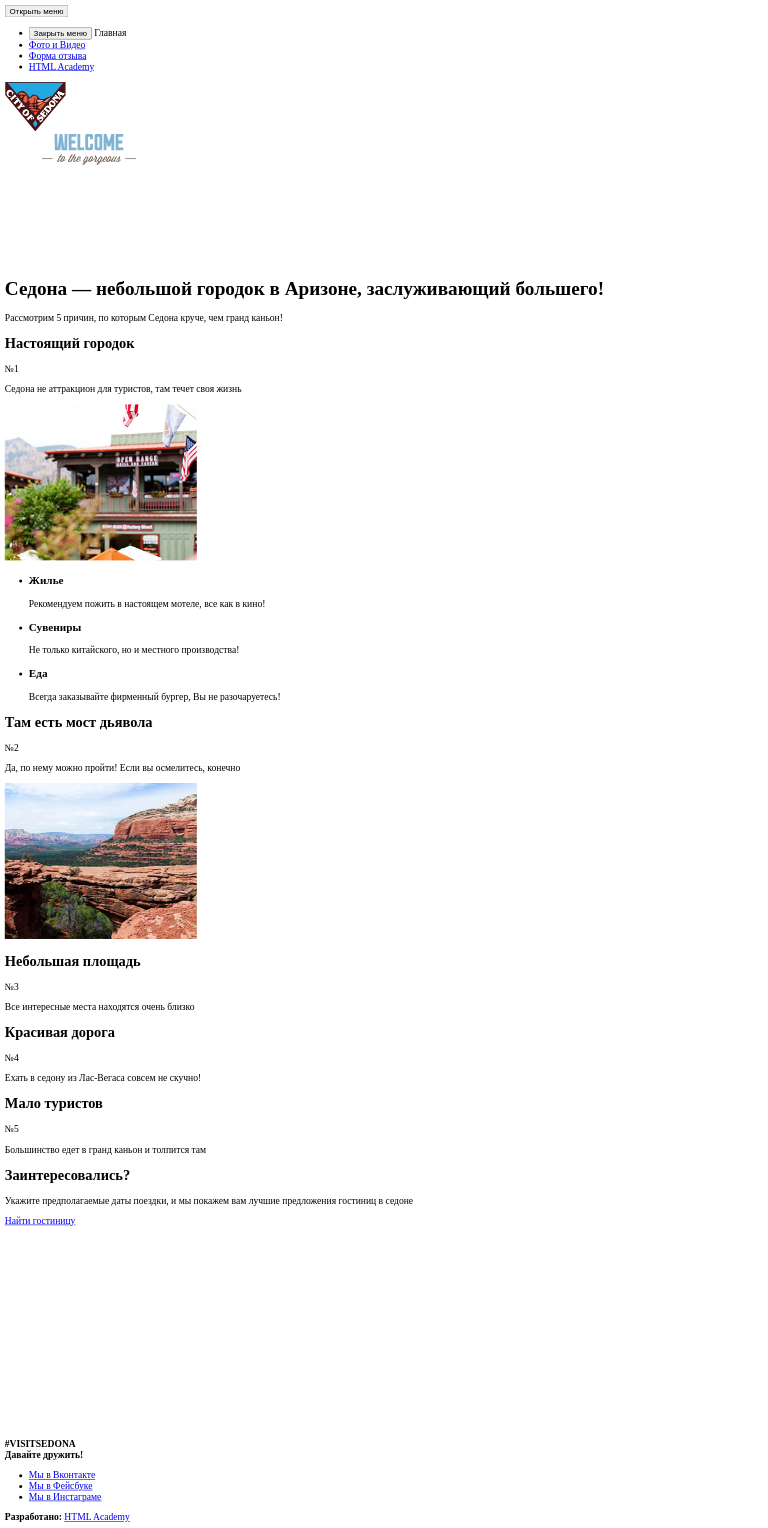
Repository: igorkrs/1076625-sedona-17
Page: source/index.html
These files come from the project's save history. The page is drawn as it stood at one moment and after the next save; the edit follows.
The browser window is 1280 px wide. The pictures show the whole page, at 60% of full size.
Pictures or frames that could not be fetched are drawn as grey boxes.

Above is the page before, as saved 2019-07-29 19:03:11.

After the next save:
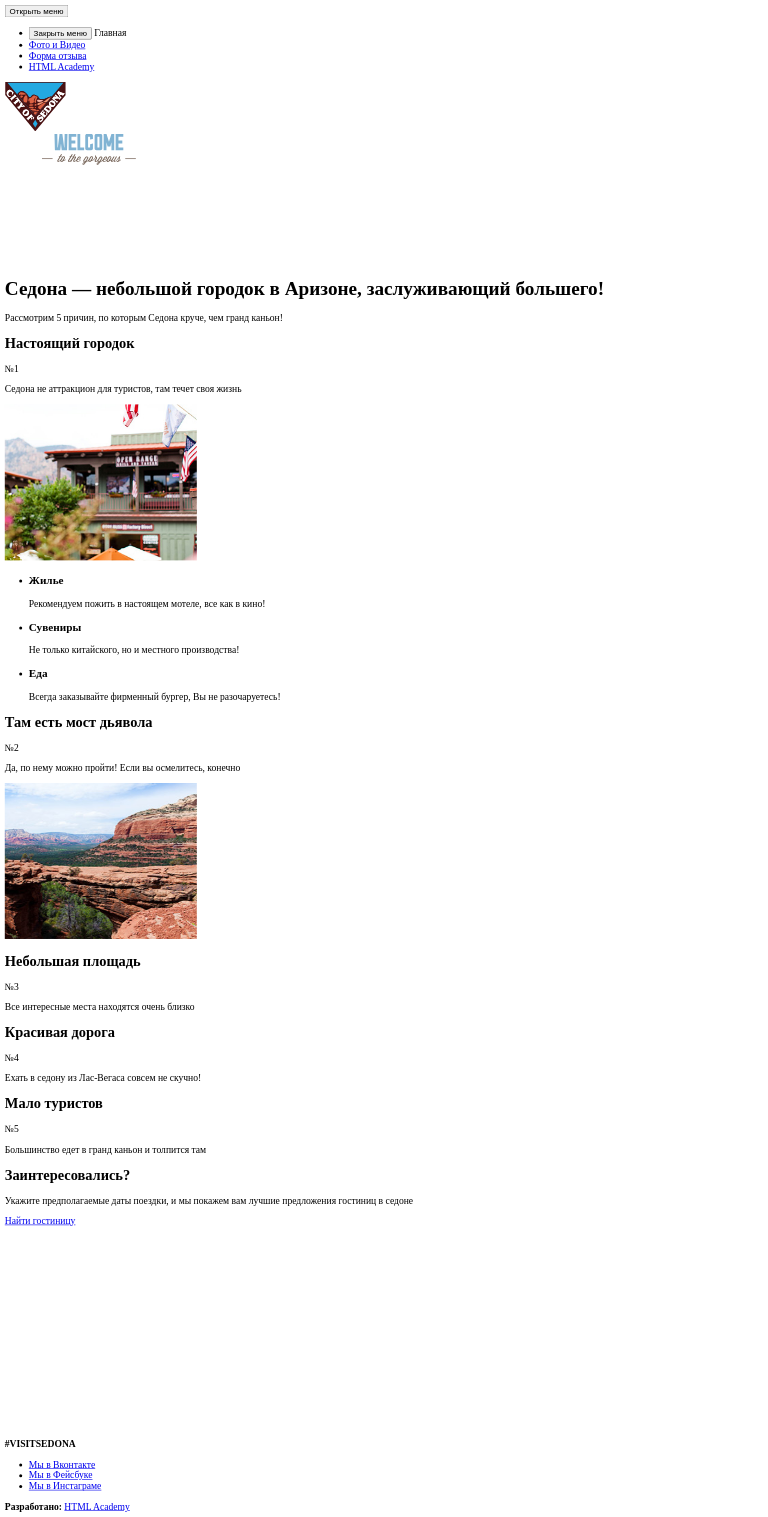
Saved 9 s later.
--- a/source/index.html
+++ b/source/index.html
@@ -100,7 +100,6 @@
     <div class="page-footer__wrapper">
       <b class="page-footer__title">#VISITSEDONA</b>
       <div class="page-footer__social social">
-        <b class="social__title">Давайте дружить!</b>
         <ul class="social__list">
           <li class="social__item">
             <a class="social__link social__link--vkontakte" href="https://vk.com/htmlacademy">Мы в Вконтакте</a>
